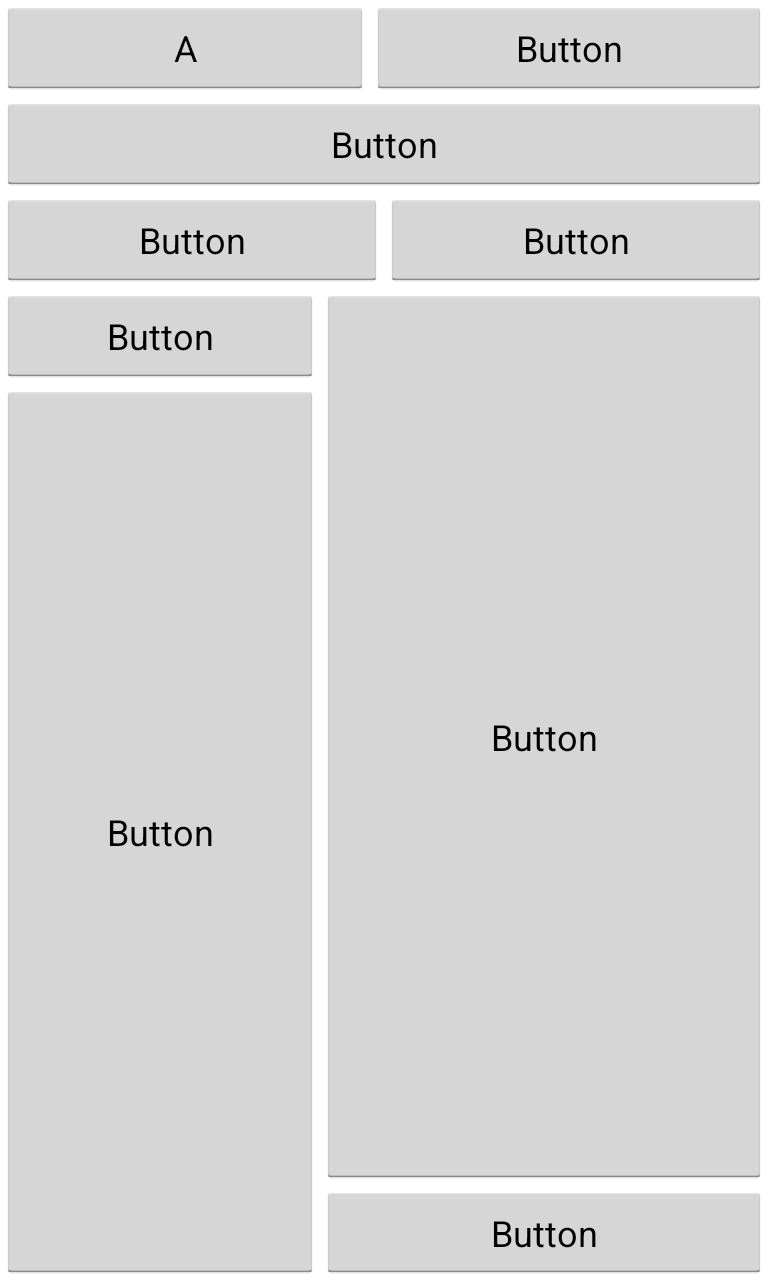
Repository: JaviInf/AndroidEjercicios
Layout: EjercicioLinearLayout/res/layout/activity_linear.xml
An editor plug-in stored every save of this project. The layout is shown before and after the next save, followed by the edit.
It is drawn on a 768 x 1280 px phone screen (xhdpi) without system bars, with theme AppTheme; the app's code is not run.

Above is the layout before, as saved 2014-05-07 07:06:15.

After the next save:
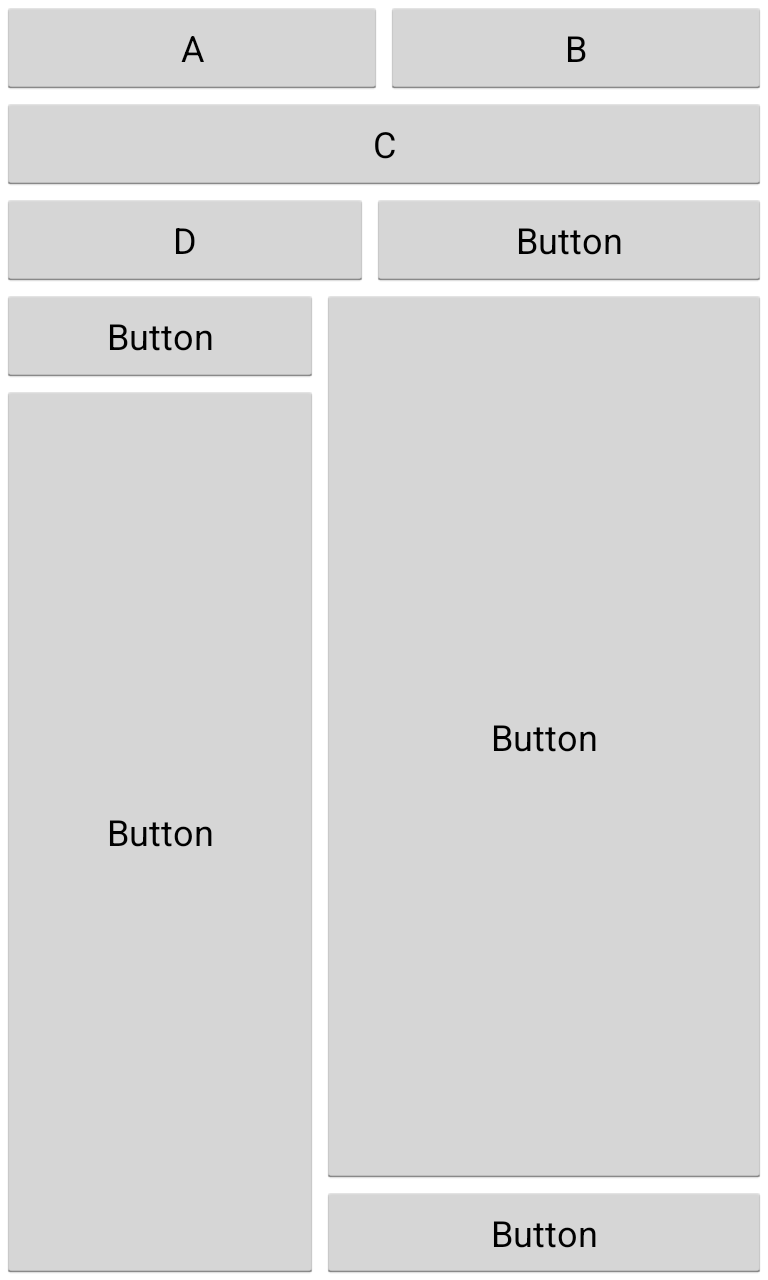
Saved 66 s later.
--- a/EjercicioLinearLayout/res/layout/activity_linear.xml
+++ b/EjercicioLinearLayout/res/layout/activity_linear.xml
@@ -27,14 +27,14 @@
                 android:layout_width="wrap_content"
                 android:layout_height="wrap_content"
                 android:layout_weight="1"
-                android:text="Button" />
+                android:text="@string/botonB" />
         </LinearLayout>
 
         <Button
             android:id="@+id/button3"
             android:layout_width="match_parent"
             android:layout_height="wrap_content"
-            android:text="Button" />
+            android:text="@string/botonC"  />
 
         <LinearLayout
             android:layout_width="match_parent"
@@ -45,7 +45,7 @@
                 android:layout_width="wrap_content"
                 android:layout_height="wrap_content"
                 android:layout_weight="1"
-                android:text="Button" />
+                android:text="@string/botonD" />
 
             <Button
                 android:id="@+id/button5"
--- a/EjercicioLinearLayout/res/values/strings.xml
+++ b/EjercicioLinearLayout/res/values/strings.xml
@@ -12,6 +12,7 @@
     <string name="botonF">F</string>
     <string name="botonG">G</string>
     <string name="botonH">H</string>
+    <string name="botonI">I</string>
 
 
 </resources>
